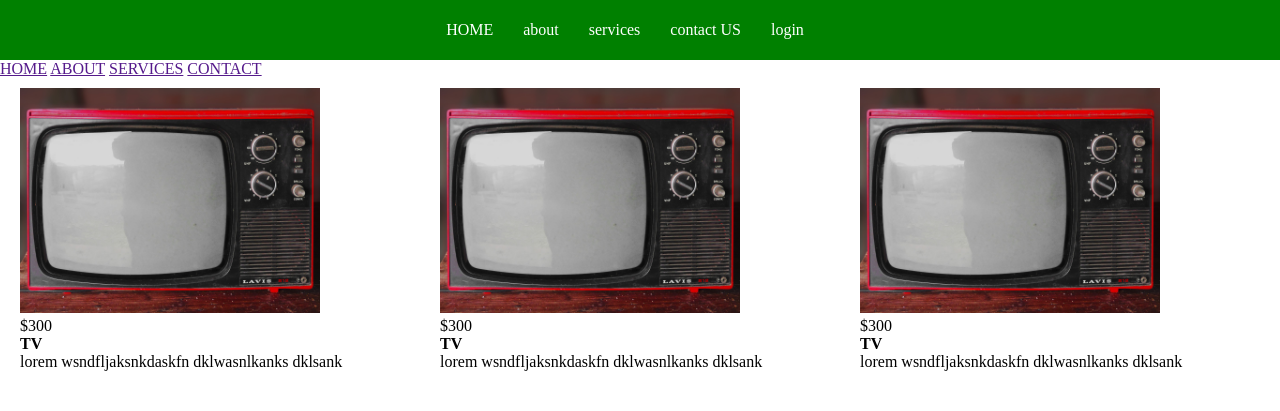
Repository: viveknaidu007/repo-166-Full-Stack-Development-Learning-Notes-Innomatics-2024
Page: module_1-html,css,bootstrap/sept_25_2024/index.html
The author's editor kept a copy of each file at every save. The page is drawn from the files as they stood at one save, then again after the next save.
The browser window is 1280 px wide. The pictures show the whole page.

Above is the page before, as saved 2024-09-28 00:21:02.

### module_1-html,css,bootstrap/sept_25_2024/index.html
<!DOCTYPE html>
<html lang="en">
<head>
    <meta charset="UTF-8">
    <meta name="viewport" content="width=device-width, initial-scale=1.0">
    <title>flex_box</title>

    <style>
        ul{
            display: flex;
            list-style-type: none;
            background-color: green;
            color: white;
            height:60px;
            justify-content: center;
            align-items: center;
        }

        ul li{
            margin-right: 30px;
        }

        *{
            margin:0px;
            padding:0px;
            justify-content: center;
        }

        .product{
            width: 400px;
            height : 350px;
            border: 2px solid blaxk;
            border-radius: 10px;
            margin: auto;
        }

        img{
            width: 300px;
        }

        .container{
            display: flex;
            margin : 10px;
        }

    </style>
</head>
<body>
    <header>
        <nav>
            <ul>
                <li> HOME </li>
                <li> about </li>
                <li> services </li>
                <li> contact US </li>
                <li> login </li>
            </ul>
        </nav>
    </header>


    <div class="sub-nav">

        <div>
            <a href="">HOME</a>
            <a href="">ABOUT</a>
            <a href="">SERVICES</a>
            <a href="">CONTACT</a>
        </div>
    </div>

    <div class="container">

        <div class="product">
            <img src="vintage-tv-1116587_1280.jpg" alt="">
            <p> $300 </p>
            <h4> TV </h4>
            <p> lorem wsndfljaksnkdaskfn dklwasnlkanks dklsank</p>

        </div>

        <div class="product">
            <img src="vintage-tv-1116587_1280.jpg" alt="">
            <p> $300 </p>
            <h4> TV </h4>
            <p> lorem wsndfljaksnkdaskfn dklwasnlkanks dklsank</p>

        </div>

        <div class="product">
            <img src="vintage-tv-1116587_1280.jpg" alt="">
            <p> $300 </p>
            <h4> TV </h4>
            <p> lorem wsndfljaksnkdaskfn dklwasnlkanks dklsank</p>

        </div>

    </div>



</body>
</html>

After the next save:
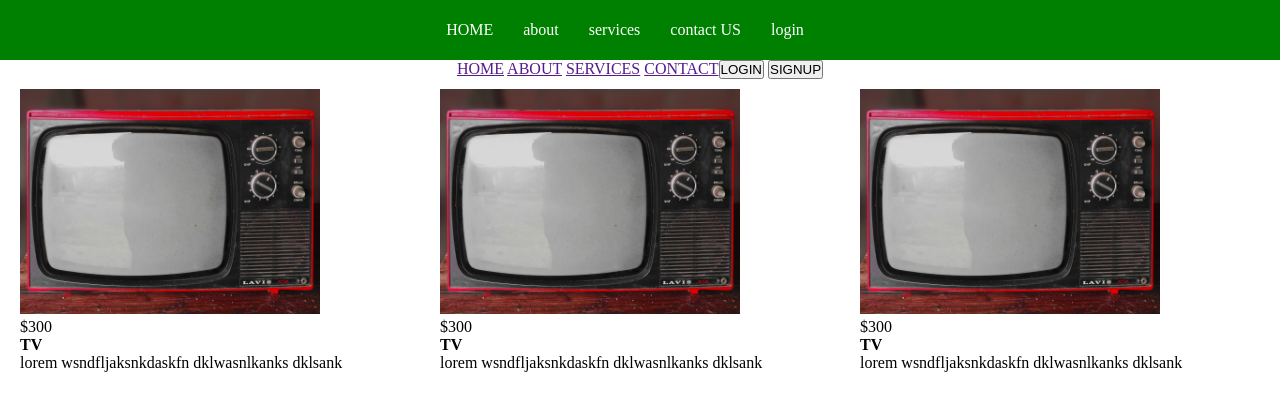
Saved 5 min 17 s later.
--- a/module_1-html,css,bootstrap/sept_25_2024/index.html
+++ b/module_1-html,css,bootstrap/sept_25_2024/index.html
@@ -43,6 +43,11 @@
             margin : 10px;
         }
 
+        .sub-nav{
+            display: flex;
+
+        }
+
     </style>
 </head>
 <body>
@@ -67,6 +72,12 @@
             <a href="">SERVICES</a>
             <a href="">CONTACT</a>
         </div>
+
+        <div>
+            <button> LOGIN </button>
+            <button> SIGNUP </button>
+        </div>
+
     </div>
 
     <div class="container">
